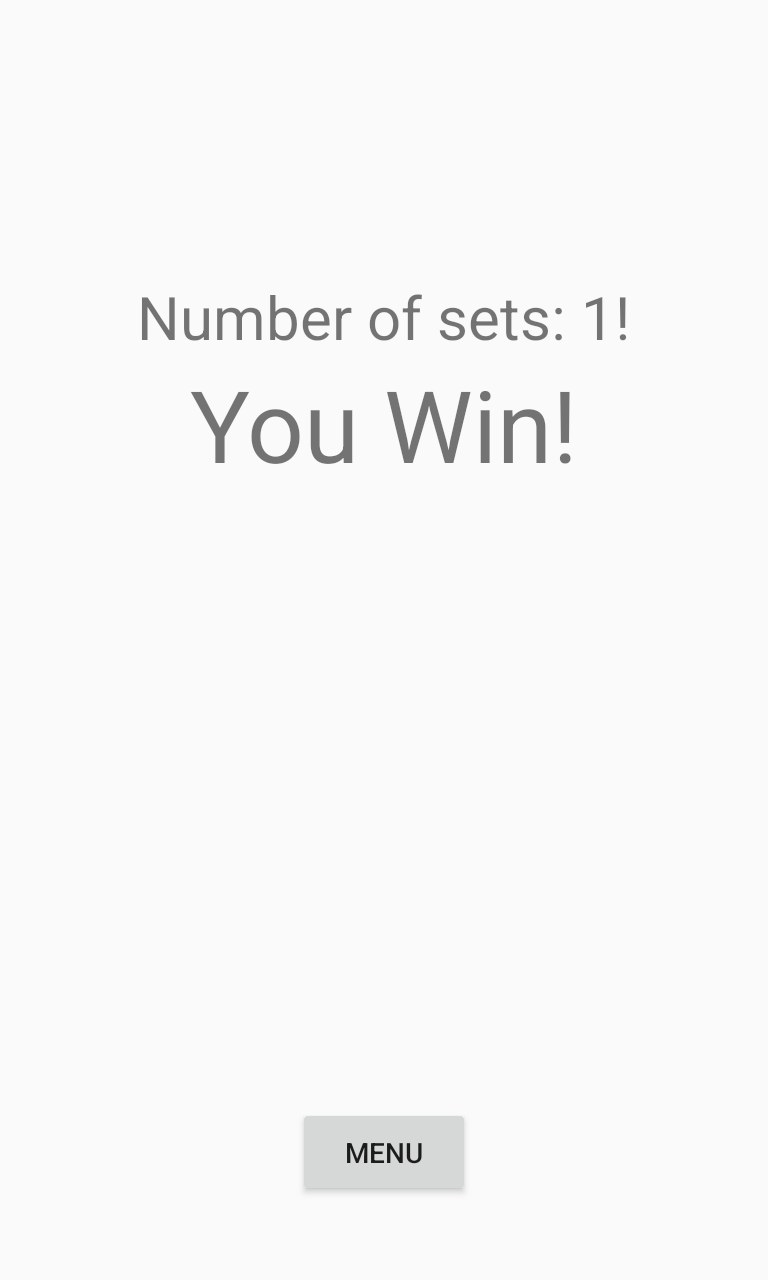
Repository: Rukshar/Native-App
Layout: nPuzzle10694676/nPuzzle10694676/res/layout/you_win.xml
The author's editor kept a copy of each file at every save. The layout is drawn from the files as they stood at one save, then again after the next save.
It is drawn on a 768 x 1280 px phone screen (xhdpi) without system bars, with theme AppTheme; the app's code is not run.

Above is the layout before, as saved 2014-11-20 15:16:23.

After the next save:
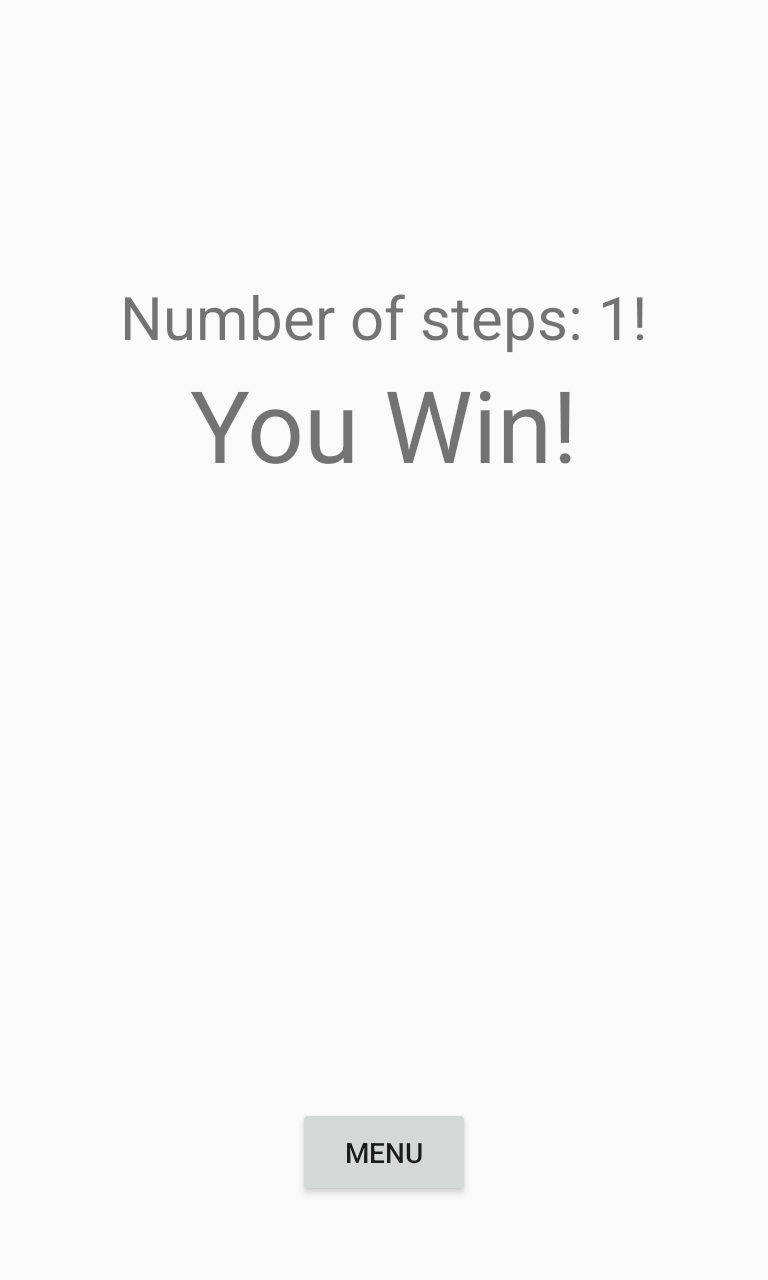
Saved 9 s later.
--- a/nPuzzle10694676/nPuzzle10694676/res/layout/you_win.xml
+++ b/nPuzzle10694676/nPuzzle10694676/res/layout/you_win.xml
@@ -21,7 +21,7 @@
         android:layout_centerHorizontal="true"
         android:layout_marginTop="138dp"
         android:gravity="fill_horizontal"
-        android:text="Number of sets: 1!"
+        android:text="Number of steps: 1!"
         android:textSize="30dp" />
 
     <TextView
